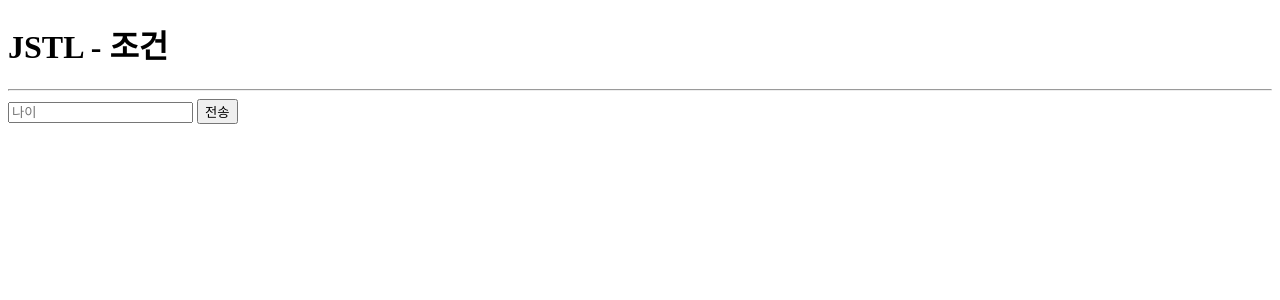
Repository: ChimmyWorld/JSP
Page: http://localhost/Day53/ex09.jsp
These files come from the project's save history. The page is drawn as it stood at one moment and after the next save; the edit follows.
The browser window is 1280 px wide. The pictures show the whole page.
The page is served by Tomcat 9.

Above is the page before, as saved 2023-09-22 05:46:09.

After the next save:
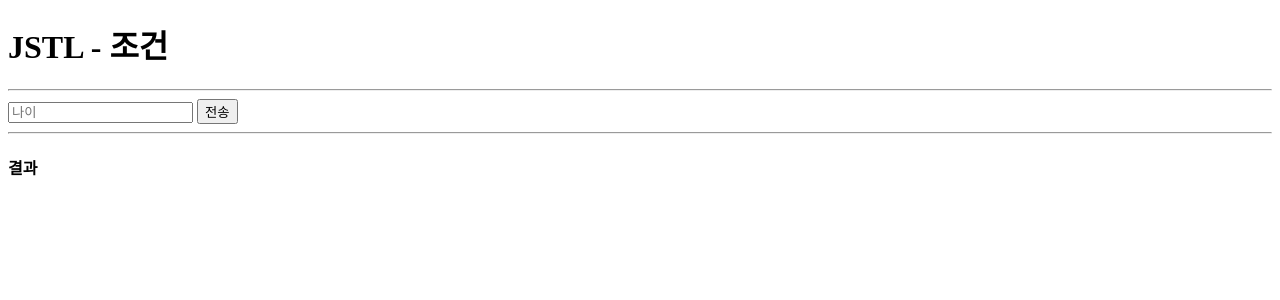
Saved 15 s later.
--- a/Day53/WebContent/ex09.jsp
+++ b/Day53/WebContent/ex09.jsp
@@ -15,5 +15,10 @@
 		<button>전송</button>
 	</form>
 
+	<hr>
+
+	<h4>결과</h4>
+
+
 </body>
 </html>
